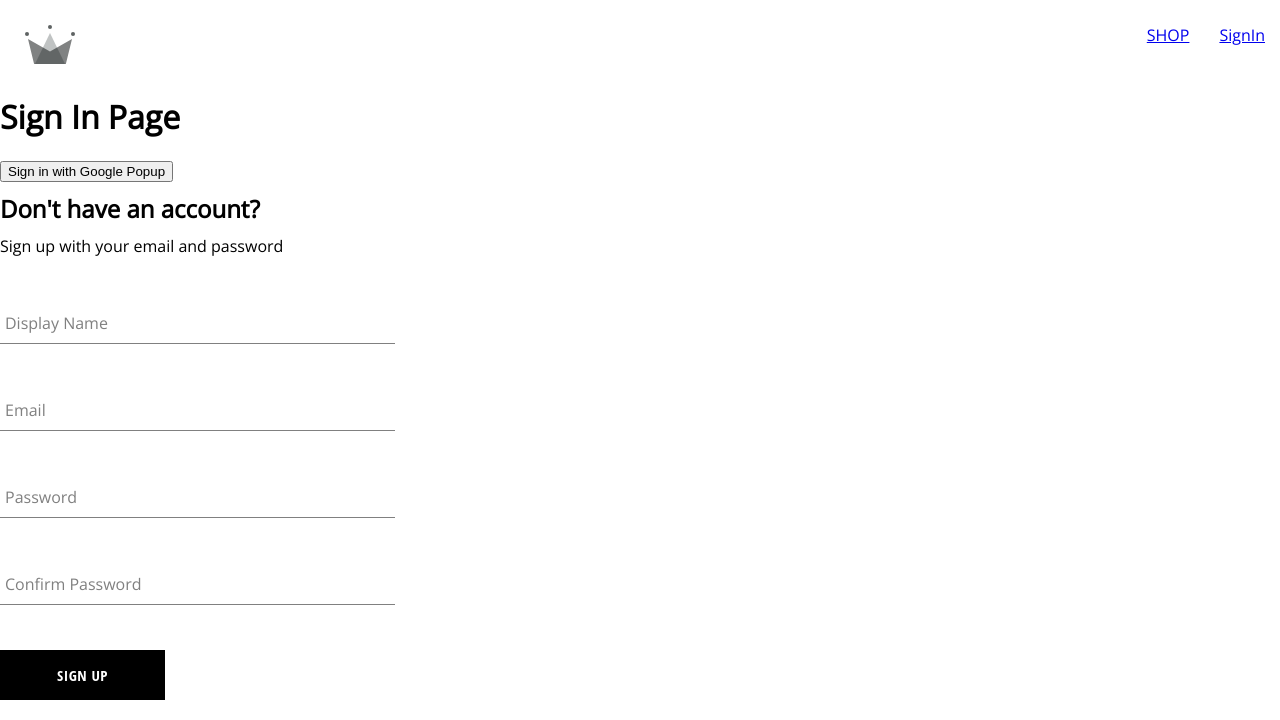
Repository: navetisyan/crwn-clothing-v2
Page: /auth
These files come from the project's save history. The page is drawn as it stood at one moment and after the next save; the edit follows.
The browser window is 1280 px wide. The pictures show the whole page.
The project was rebuilt for these pictures with package versions that can differ from the ones it lists, and the page was loaded fresh each time. Imported but missing from the stored project, and not drawn on this page: src/reportWebVitals, src/routes/home/home.component.

Above is the page before, as saved 2022-08-21 14:05:51.

After the next save:
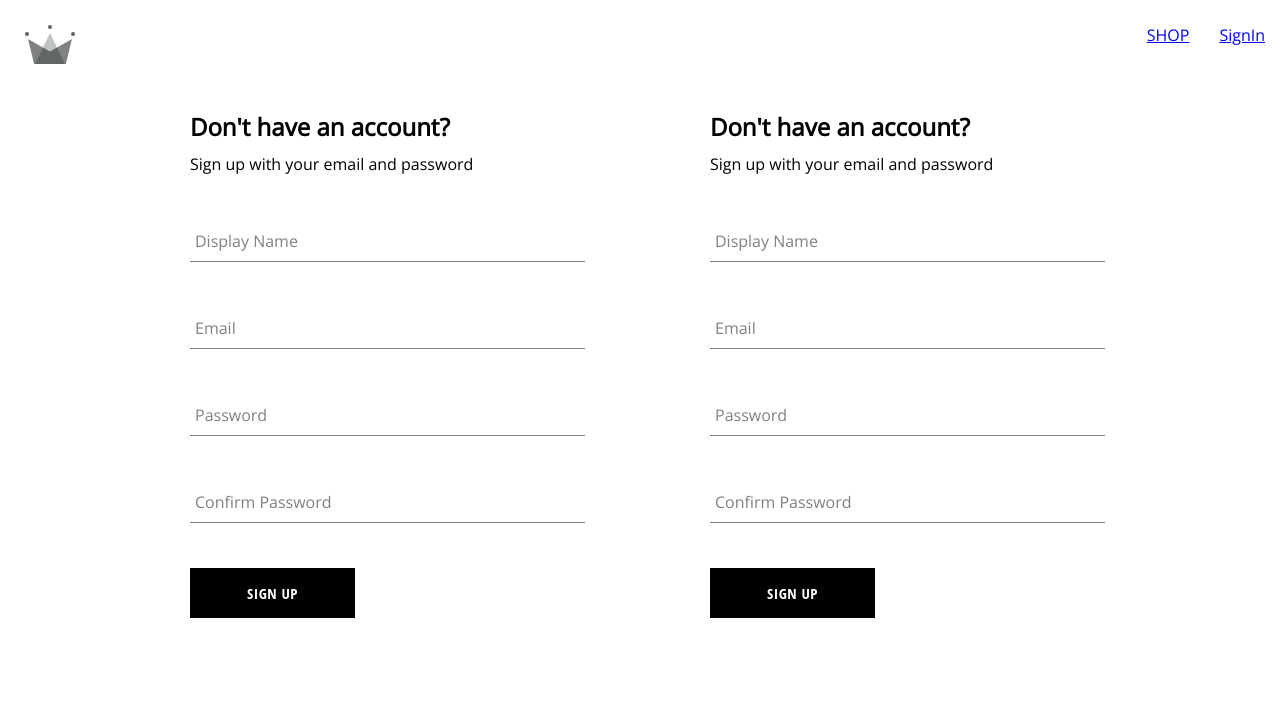
Saved 54 s later.
--- a/src/routes/authentication/authentication.component.jsx
+++ b/src/routes/authentication/authentication.component.jsx
@@ -1,20 +1,36 @@
-import {
-  signInWithGooglePopup,
-  createUserDocumentFromAuth,
-} from "../../utils/firebase/firebase.utils";
+// import {
+//   signInWithGooglePopup,
+//   createUserDocumentFromAuth,
+// } from "../../utils/firebase/firebase.utils";
+
+// import SignUpForm from "../../components/sign-up-form/sign-up-form.component";
+
+// const Authentication = () => {
+//   const logGoogleUser = async () => {
+//     const { user } = await signInWithGooglePopup();
+//     const userDocRef = await createUserDocumentFromAuth(user);
+//   };
+
+//   return (
+//     <div>
+//       <h1>Sign In Page</h1>
+//       <button onClick={logGoogleUser}>Sign in with Google Popup</button>
+//       <SignUpForm />
+//     </div>
+//   );
+// };
+
+// export default Authentication;
 
 import SignUpForm from "../../components/sign-up-form/sign-up-form.component";
+import SignInForm from "../../components/sign-in-form/sign-in-form.component";
+
+import "./authentication.styles.scss";
 
 const Authentication = () => {
-  const logGoogleUser = async () => {
-    const { user } = await signInWithGooglePopup();
-    const userDocRef = await createUserDocumentFromAuth(user);
-  };
-
   return (
-    <div>
-      <h1>Sign In Page</h1>
-      <button onClick={logGoogleUser}>Sign in with Google Popup</button>
+    <div className="authentication-container">
+      <SignInForm />
       <SignUpForm />
     </div>
   );
